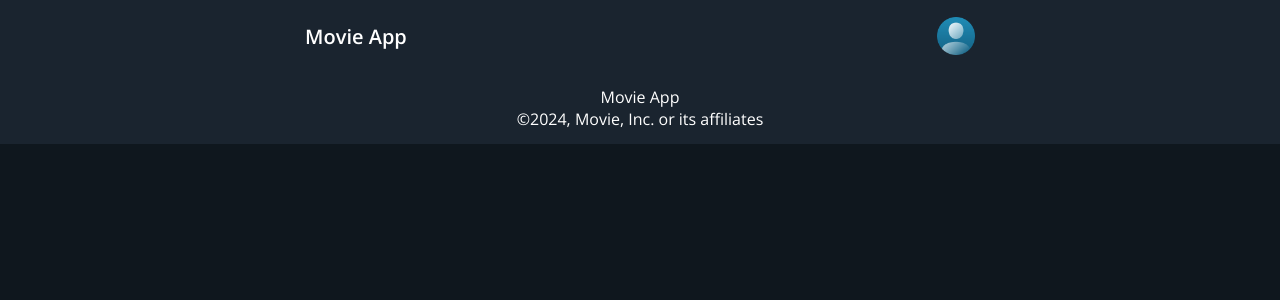
Repository: mahsa199170/React-Redux-Projects
Page: / (app in redux-toolkit-movie-app/)
An editor plug-in stored every save of this project. The page is shown before and after a run of saves, followed by the edit.
The browser window is 1280 px wide. The pictures show the whole page.
The page's requests for data from a server got no answer. Some web libraries are served in a nearby version. The project was rebuilt for these pictures with package versions that can differ from the ones it lists, and the page was loaded fresh each time. No one was signed in, and anything a server would have sent is missing. Also part of the build but not shown: redux-toolkit-movie-app/src/components/movieDetails/MovieDetails.scss, redux-toolkit-movie-app/src/components/movieDetails/MovieDetails.js, redux-toolkit-movie-app/src/components/pageNotFound/PageNotFound.js.

Above is the page before, as saved 2024-11-04 14:41:52.

### redux-toolkit-movie-app/public/index.html
<!DOCTYPE html>
<html lang="en">
  <head>
    <meta charset="utf-8" />
    <link rel="icon" href="%PUBLIC_URL%/favicon.ico" />
    <meta name="viewport" content="width=device-width, initial-scale=1" />
    <meta name="theme-color" content="#000000" />
    <meta
      name="description"
      content="Web site created using create-react-app"
    />
    <link rel="apple-touch-icon" href="%PUBLIC_URL%/logo192.png" />
    <link rel="preconnect" href="https://fonts.googleapis.com" />
    <link rel="preconnect" href="https://fonts.gstatic.com" crossorigin />
    <link
      href="https://fonts.googleapis.com/css2?family=Open+Sans:wght@300;400;600;700&display=swap"
      rel="stylesheet"
    />
    <link
      rel="stylesheet"
      href="https://pro.fontawesome.com/releases/v5.10.0/css/all.css"
      integrity="sha384-AYmEC3Yw5cVb3ZcuHtOA93w35dYTsvhLPVnYs9eStHfGJvOvKxVfELGroGkvsg+p"
      crossorigin="anonymous"
    />

    <title>React App</title>
  </head>
  <body>
    <noscript>You need to enable JavaScript to run this app.</noscript>
    <div id="root"></div>
  </body>
</html>

### redux-toolkit-movie-app/src/index.js
import React from 'react';
import ReactDOM from 'react-dom/client';
import './index.css';
import App from './App';
import { Provider } from 'react-redux';
import store from './features/store';

const root = ReactDOM.createRoot(document.getElementById('root'));
root.render(
  <React.StrictMode>
    <Provider store={store}>
      <App />
    </Provider>
  </React.StrictMode>
);

### redux-toolkit-movie-app/src/App.js
import './App.scss';
import { Route, Routes, BrowserRouter } from 'react-router-dom';
import Home from './components/home/Home';
import MovieDetails from './components/movieDetails/MovieDetails';
import PageNotFound from './components/pageNotFound/PageNotFound';
import Header from './components/header/Header';
import Footer from './components/footer/Footer';

function App() {
  return (
    <div className="app">
      <BrowserRouter>
        <Header />
        <div className="container">
          <Routes>
            <Route path="/" element={<Home />} />
            <Route path="/movie/:imdbID" element={<MovieDetails />} />
            <Route path="/page-not-found" element={<PageNotFound />} />
          </Routes>
        </div>
        <Footer />
      </BrowserRouter>
    </div>
  );
}

export default App;

### redux-toolkit-movie-app/src/features/store.js
import { configureStore, combineReducers } from '@reduxjs/toolkit';
import movieReducer from './movieSlice';

const rootReducer = combineReducers({
  movie: movieReducer,
});

const store = configureStore({
  reducer: rootReducer,
});

export default store;

### redux-toolkit-movie-app/src/App.scss
@import '../src/common/colors.scss';

* {
  margin: 0;
  padding: 0;
  box-sizing: border-box;
  font-family: 'Open Sans', sans-serif;
}
a {
  text-decoration: none;
}

body {
  background: $primary-color;
}
.container {
  margin: 0px 40px;
}

### redux-toolkit-movie-app/src/components/home/Home.js
import React from 'react';
import './Home.scss';
import Movielisting from '../movieListing/Movielisting';

const Home = () => {
  return (
    <div>
      <div className="banner-img">
        <Movielisting />
      </div>
    </div>
  );
};

export default Home;

### redux-toolkit-movie-app/src/components/header/Header.js
import React from 'react';
import './Header.scss';
import { Link } from 'react-router-dom';
import user from '../../images/user.png';
import notFound from '../../images/pnf.jpg';

const Header = () => {
  return (
    <div className="header">
      <Link to="/">
        <div className="logo">Movie App</div>
      </Link>
      <div className="user-image">
        <img src={user} alt="user" />
      </div>
    </div>
  );
};

export default Header;

### redux-toolkit-movie-app/src/components/footer/Footer.js
import React from 'react';
import './Footer.scss';

const Footer = () => {
  return (
    <div className="footer">
      <div>Movie App</div>
      <div>©2024, Movie, Inc. or its affiliates</div>
    </div>
  );
};

export default Footer;

### redux-toolkit-movie-app/src/features/movieSlice.js
import { createAsyncThunk, createSlice } from '@reduxjs/toolkit';
import { apiKey } from '../common/apis/movieApiKey';
import apiInstance from '../common/apis/movieApi';

const initialState = {
  data: [],
  isLoading: false,
  error: null,
};

const movieSlice = createSlice({
  name: 'movie',
  initialState,
  reducers: {},
  extraReducers: (builder) => {
    builder.addCase(fetchMovies.pending, (state) => {
      state.isLoading = true;
    });
    builder.addCase(fetchMovies.fulfilled, (state, action) => {
      state.isLoading = false;
      console.log('i am here', action.payload);
      state.data = action.payload;
      console.log('i am data', state.data);
    });
    builder.addCase(fetchMovies.rejected, (state, action) => {
      state.isLoading = false;
      state.error = action.error.message;
    });
  },
});

export const {} = movieSlice.actions;
export const dataSelector = (state) => state.movie.data;
export default movieSlice.reducer;

export const fetchMovies = createAsyncThunk('movies/get', async () => {
  const res = await apiInstance.get(`?apikey=${apiKey}&s=Harry&type=movie`);
  return res.data;
});

### redux-toolkit-movie-app/src/components/movieListing/Movielisting.js
import React, { useEffect } from 'react';
import { useDispatch, useSelector } from 'react-redux';
import { dataSelector, fetchMovies } from '../../features/movieSlice';

const Movielisting = () => {
  const movies = useSelector(dataSelector);
  const dispatch = useDispatch();

  useEffect(() => {
    dispatch(fetchMovies());
  }, [dispatch]);

  console.log('from listing', movies);
  return (
    <div>
      {/* {movies.map((movie) => {
        const { imdbID, Actors, Language } = movie;

        return (
          <div key={imdbID}>
            <p>Actirs are : {Actors}</p>
            <p>Lnaguage: {Language}</p>
          </div>
        );
      })} */}
    </div>
  );
};

export default Movielisting;

### redux-toolkit-movie-app/src/components/header/Header.scss
@import '../../common/colors.scss';

.header {
  background-color: $secondary-color;
  height: 72px;
  padding: 0px 40px;
  display: flex;
  align-items: center;
  justify-content: space-around;
}

.logo {
  color: $font-primary;
  font-size: 20px;
  font-weight: 600;
}

.user-image,
.user-image img {
  width: 38px;
  height: 38px;
}

### redux-toolkit-movie-app/src/components/footer/Footer.scss
@import '../../common/colors.scss';
.footer {
  background: $secondary-color;
  height: 72px;
  display: flex;
  justify-content: center;
  align-items: center;
  color: $font-primary;
  flex-direction: column;
}

### redux-toolkit-movie-app/src/common/apis/movieApiKey.js
export const apiKey = '7414f5';

// http://www.omdbapi.com/?i=tt3896198&apikey=7414f5

### redux-toolkit-movie-app/src/common/apis/movieApi.js
import axios from 'axios';

export default axios.create({
  baseURL: 'https://www.omdbapi.com/',
});

Loaded but not shown: redux-toolkit-movie-app/src/index.css (common file); redux-toolkit-movie-app/src/common/colors.scss (common file); redux-toolkit-movie-app/src/components/home/Home.scss (no stored copy; drawn as an empty file); redux-toolkit-movie-app/src/components/pageNotFound/PageNotFound.scss (no stored copy; drawn as an empty file)

After the next 3 saves:
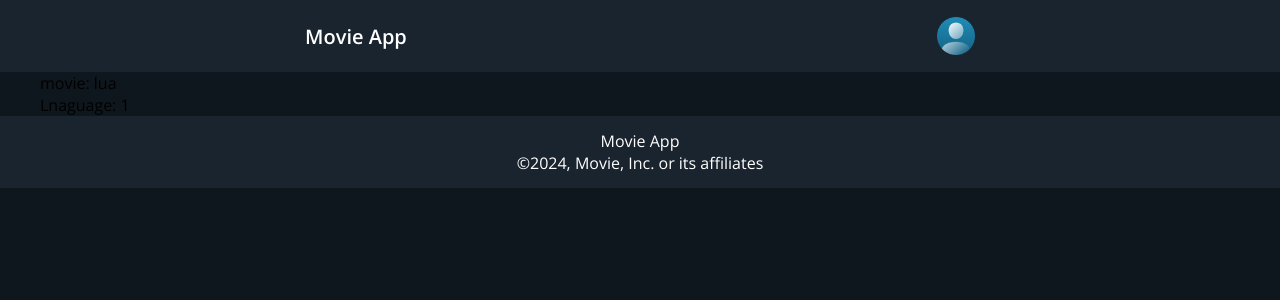
The 3 saves are shown as one change because 2 did not build or start.
The last was saved 2 min 13 s later.
--- a/redux-toolkit-movie-app/src/components/movieListing/Movielisting.js
+++ b/redux-toolkit-movie-app/src/components/movieListing/Movielisting.js
@@ -3,7 +3,7 @@
 import { dataSelector, fetchMovies } from '../../features/movieSlice';
 
 const Movielisting = () => {
-  const movies = useSelector(dataSelector);
+  const movies = [{ id: '1', name: 'lua' }];
   const dispatch = useDispatch();
 
   useEffect(() => {
@@ -13,16 +13,16 @@
   console.log('from listing', movies);
   return (
     <div>
-      {/* {movies.map((movie) => {
-        const { imdbID, Actors, Language } = movie;
+      {movies.map((movie) => {
+        // const { imdbID, Actors, Language } = movie;
 
         return (
-          <div key={imdbID}>
-            <p>Actirs are : {Actors}</p>
-            <p>Lnaguage: {Language}</p>
+          <div>
+            <p>movie: {movie.name}</p>
+            <p>Lnaguage: {movie.id}</p>
           </div>
         );
-      })} */}
+      })}
     </div>
   );
 };

After the save that followed:
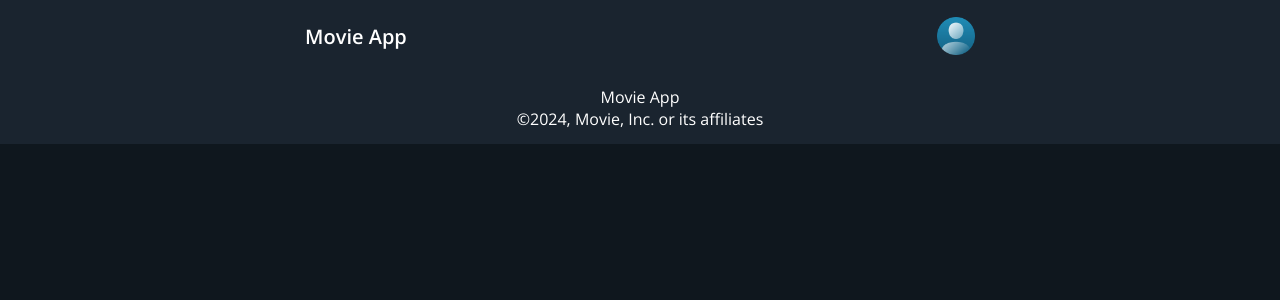
Saved 39 s later.
--- a/redux-toolkit-movie-app/src/components/movieListing/Movielisting.js
+++ b/redux-toolkit-movie-app/src/components/movieListing/Movielisting.js
@@ -3,7 +3,7 @@
 import { dataSelector, fetchMovies } from '../../features/movieSlice';
 
 const Movielisting = () => {
-  const movies = [{ id: '1', name: 'lua' }];
+  const movies = useSelector(dataSelector);
   const dispatch = useDispatch();
 
   useEffect(() => {
@@ -13,16 +13,16 @@
   console.log('from listing', movies);
   return (
     <div>
-      {movies.map((movie) => {
-        // const { imdbID, Actors, Language } = movie;
+      {/* {movies.map((movie) => {
+        const { imdbID, Actors, Language } = movie;
 
         return (
-          <div>
-            <p>movie: {movie.name}</p>
-            <p>Lnaguage: {movie.id}</p>
+          <div key={imdbID}>
+            <p>Actirs are : {Actors}</p>
+            <p>Lnaguage: {Language}</p>
           </div>
         );
-      })}
+      })} */}
     </div>
   );
 };
